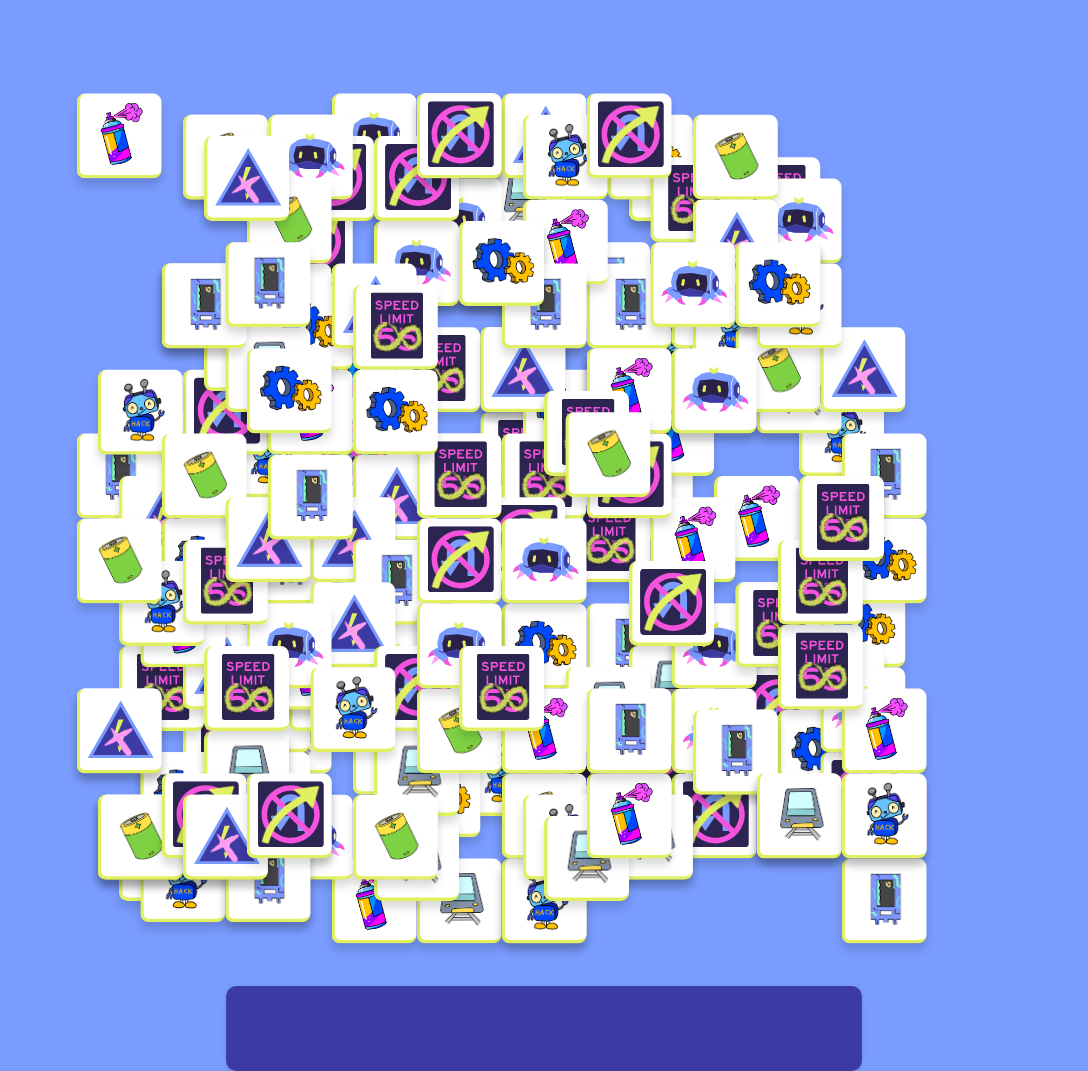
Repository: Avril-Cui/hack-puzzle
Page: / (app in client/)
These files come from the project's save history. The page is drawn as it stood at one moment and after the next save; the edit follows.
The browser window is 1280 px wide. The pictures show the whole page, at 85% of full size.
The project was rebuilt for these pictures with package versions that can differ from the ones it lists, and the page was loaded fresh each time. The framework's server and built-in components were replaced by stand-ins that run in the browser. Also part of the build but not shown: client/next.config.ts.

Above is the page before, as saved 2025-06-11 19:59:25.

### client/app/page.tsx
import Game from "../components/Game";

export default function Home() {
  return (
    <div>
      <Game />
    </div>
  );
}

### client/app/globals.css
@import "tailwindcss";

:root {
  --background: #7A9CFF;
}

@theme inline {
  --color-background: var(--background);
  --color-foreground: var(--foreground);
  --font-sans: var(--font-geist-sans);
  --font-mono: var(--font-geist-mono);
}

@media (prefers-color-scheme: dark) {
  :root {
    --background: #7A9CFF;
  }
}

body {
  background: var(--background);
  color: var(--foreground);
  font-family: Arial, Helvetica, sans-serif;
}

### client/components/Game.tsx
"use client";
import React, { useEffect, useState } from "react";
import styles from "./Game.module.css";

interface Tile {
  id: string;
  x: number;
  y: number;
  z: number;
  status: number;
  isCover: boolean;
  iconName: string;
}

const CELL_SIZE = 100;
const ICONS = ["🍀", "🌈", "⚙️", "🐏", "🐯", "🐤", "📚", "🧠", "💻", "🐼"];

const PuzzleGame: React.FC = () => {
  const [tiles, setTiles] = useState<Tile[]>([]);
  const [queue, setQueue] = useState<Tile[]>([]);

  useEffect(() => {
    fetch("/scene.json")
      .then((res) => res.json())
      .then((data) => {
        setTiles(data);
      });
  }, []);

  const handleClick = (tile: Tile) => {
    if (tile.isCover || tile.status !== 0 || queue.length >= 7) return;
    setQueue((prev) => [...prev, tile]);
    setTiles((prev) =>
      prev.map((t) => (t.id === tile.id ? { ...t, status: 1 } : t))
    );
  };

  const getEmoji = (iconName: string): string => {
    const index = parseInt(iconName.replace("icon_", ""));
    return ICONS[index] || "❓";
  };

  const getIconPath = (iconName: string): string => {
    const extMap: Record<string, string> = {
      icons0: "svg",
      icons1: "png",
      icons2: "png",
      icons3: "png",
      icons4: "svg",
      icons5: "jpg",
      icons6: "jpg",
      icons7: "jpg",
      icons8: "svg",
      icons9: "svg",
    };
    const ext = extMap[iconName] || "png";
    return `/icons/${iconName}.${ext}`;
  };

  return (
    <div className={styles.gameContainer}>
      <div className={styles.tileBoard}>
        {tiles.map((tile) => (
          <div
            key={tile.id}
            className={`${styles.tile} ${tile.isCover ? styles.covered : ""}`}
            style={{
              left: tile.x,
              top: tile.y,
              zIndex: tile.z,
            }}
            onClick={() => handleClick(tile)}
          >
            <div
              className={styles.tileInner}
              style={{ opacity: tile.status < 2 ? 1 : 0 }}
            >
              <img
                src={getIconPath(tile.iconName)}
                alt={tile.iconName}
                className={styles.tileInner}
                style={{ opacity: tile.status < 2 ? 1 : 0 }}
              />
            </div>
          </div>
        ))}
      </div>

      <div className={styles.queueBar}>
        {queue.map((tile) => (
          <div key={tile.id} className={styles.queueTile}>
            <img
              src={getIconPath(tile.iconName)}
              alt={tile.iconName}
              className={styles.tileInner}
              style={{ opacity: tile.status < 2 ? 1 : 0 }}
            />
          </div>
        ))}

        {Array.from({ length: 7 - queue.length }).map((_, i) => (
          <div key={`placeholder-${i}`} className={styles.queueTile} />
        ))}
      </div>
    </div>
  );
};

export default PuzzleGame;

### client/components/Game.module.css
.gameContainer {
  display: flex;
  flex-direction: column;
  align-items: center;
  margin-top: 10em;
}

.tileBoard {
  position: relative;
  width: 1000px;
  height: 900px;
  background-color: transparent; /* remove green board background */
}

.tile {
  position: absolute;
  width: 100px;
  height: 100px;
  background: white;
  border-radius: 10px;
  font-size: 40px;
  border-left: 4px solid #e1f060;
  border-bottom: 4px solid #e1f060;
  display: flex;
  align-items: center;
  justify-content: center;
  transition: transform 0.2s ease, opacity 0.3s ease;
  box-shadow: 0 8px 10px rgba(0, 0, 0, 0.15);
  cursor: pointer;
}

.tileInner {
  width: 100%;
  height: 100%;
  display: flex;
  justify-content: center;
  align-items: center;
  overflow: hidden;
  padding: 5%; /* optional, for consistent inner margin */
}

.tileInner img {
  max-width: 100%;
  max-height: 100%;
  object-fit: contain;
  pointer-events: none;
}

.covered {
  background: #ccc;
  opacity: 0.4;
  pointer-events: none;
}

.queueBar {
  margin-top: 100px;
  display: flex;
  justify-content: center;
  gap: 12px;
  padding: 12px;
  background: #3c3aa3;
  border-radius: 10px;
  box-shadow: 0 2px 6px rgba(0, 0, 0, 0.1);
}

.queueBar {
  display: flex;
  justify-content: flex-start;
  gap: 8px;
  padding: 12px 16px;
  background-color: #3c3aa3;
  border-radius: 12px;
  width: calc((100px * 7) + (8px * 6)); /* = 748px */
  min-height: 100px; /* same as tile height */
}

.queueTile img {
  width: 100%;
  height: 100%;
  object-fit: contain;
  padding: 8px;
}

Loaded but not shown: client/app/layout.tsx (common file); client/public/scene.json (2162 lines, source omitted)

After the next save:
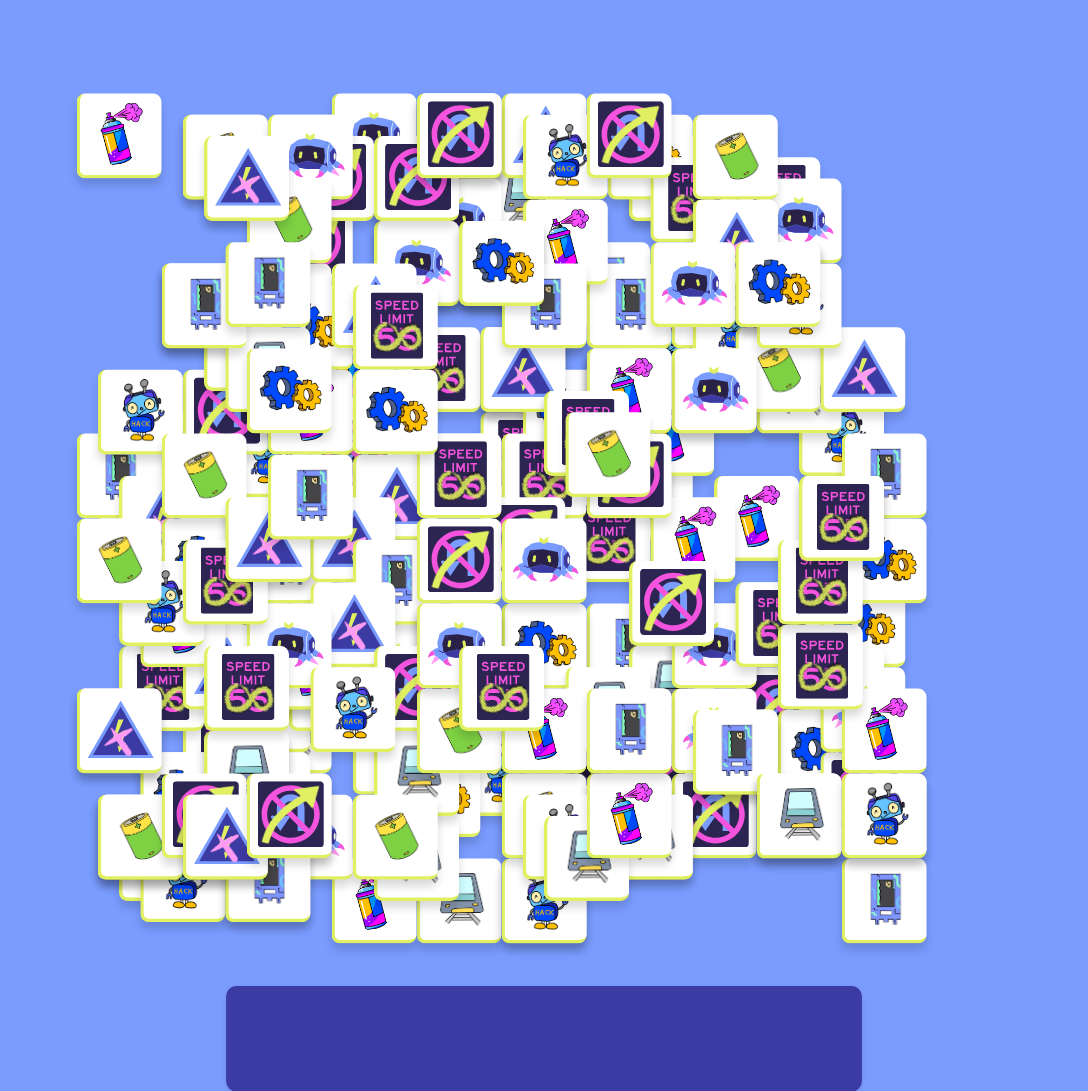
Saved 4 s later.
--- a/client/components/Game.module.css
+++ b/client/components/Game.module.css
@@ -74,6 +74,11 @@
   min-height: 100px; /* same as tile height */
 }
 
+.queueTile {
+  width: 100px;
+  height: 100px;
+}
+
 .queueTile img {
   width: 100%;
   height: 100%;
